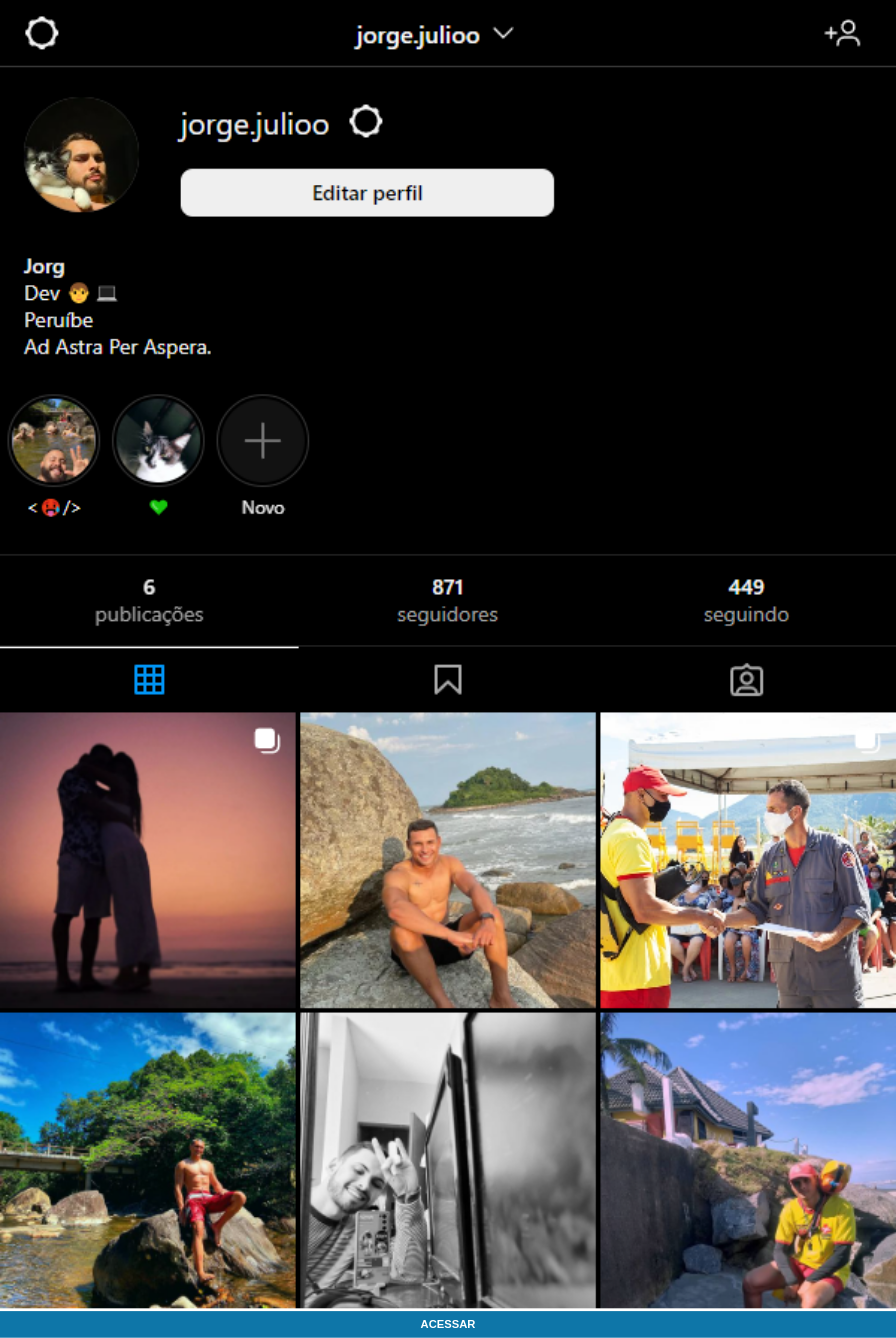
Repository: jorgprado/curso-html-css-Guanabara
Page: exec-pg-social/instagram.html
The author's editor kept a copy of each file at every save. The page is drawn from the files as they stood at one save, then again after the next save.
The browser window is 1280 px wide. The pictures show the whole page, at 70% of full size.

Above is the page before, as saved 2023-05-24 11:51:14.

### exec-pg-social/instagram.html
<!DOCTYPE html>
<html lang="en">
<head>
    <meta charset="UTF-8">
    <meta http-equiv="X-UA-Compatible" content="IE=edge">
    <meta name="viewport" content="width=device-width, initial-scale=1.0">
    <link rel="stylesheet" href="estilo/social.css">
    <title>Instagram</title>

</head>
<body>
    <img src="estilo/imagens/instagram-Jorge.jpg" alt="Linkedin">
    <a class="linke" href="https://www.linkedin.com/in/jorge-henrique-lima-8318581ab/" target="_blank">ACESSAR</a>
</body>
</html>

### exec-pg-social/estilo/social.css
*{
    margin: 0px;
    padding: 0px;
    font-family: Arial, Helvetica, sans-serif;
}

::-webkit-scrollbar{
    width: 0px;
    height: 0px;
}

img{
    width: 100vw;
}

a.linke{
    display: block;
    background-color:#0e76a8;
    color: white;
    padding: 10px;
    text-align: center;
    font-weight: bolder;
    text-decoration: none;
}

a.linke:hover{
    background-color: white;
    color: #0e76a8;
    transition: ease-in 100ms;
}

After the next save:
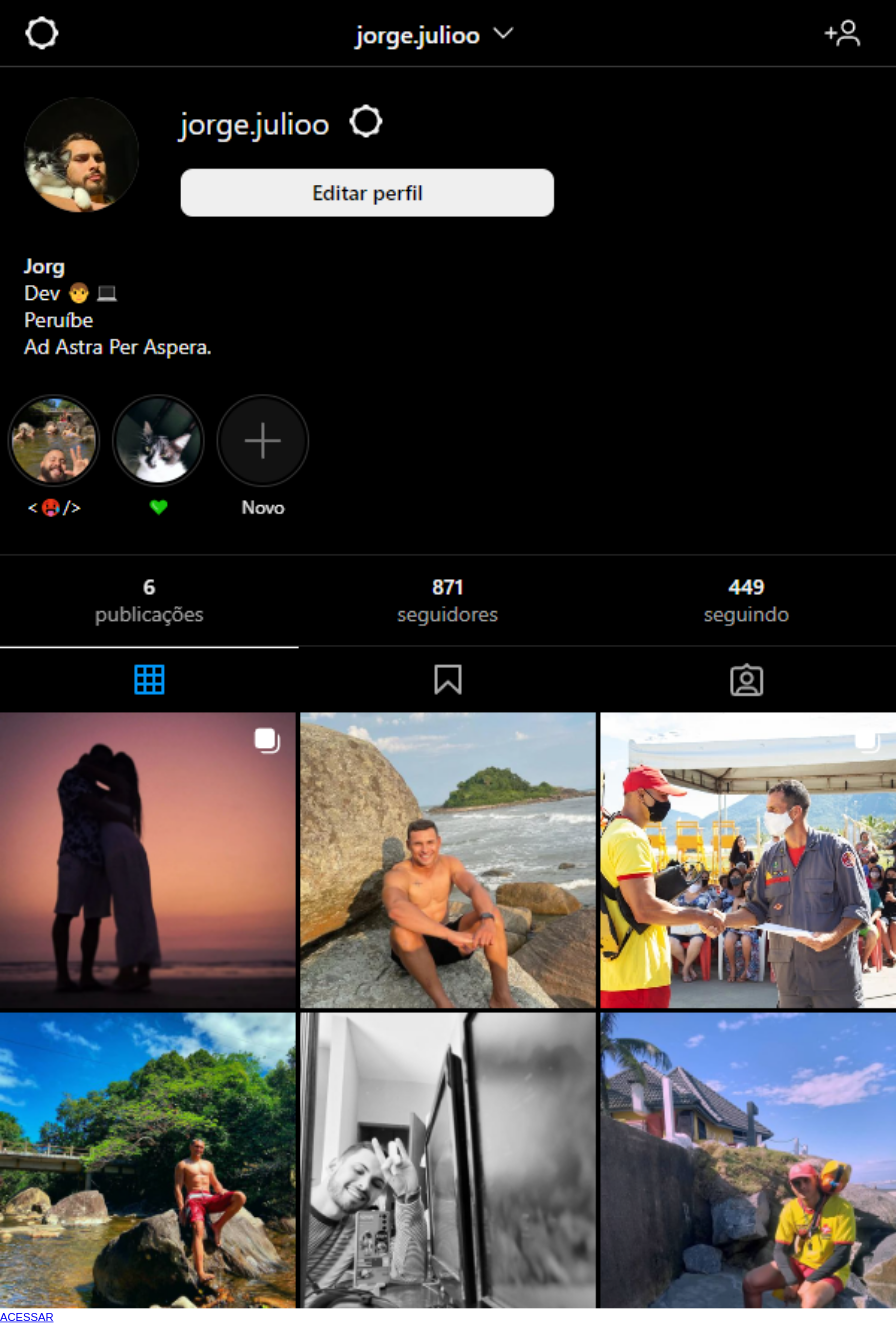
Saved 15 s later.
--- a/exec-pg-social/instagram.html
+++ b/exec-pg-social/instagram.html
@@ -10,6 +10,6 @@
 </head>
 <body>
     <img src="estilo/imagens/instagram-Jorge.jpg" alt="Linkedin">
-    <a class="linke" href="https://www.linkedin.com/in/jorge-henrique-lima-8318581ab/" target="_blank">ACESSAR</a>
+    <a class="insta" href="https://www.linkedin.com/in/jorge-henrique-lima-8318581ab/" target="_blank">ACESSAR</a>
 </body>
 </html>

After the 2 saves that followed:
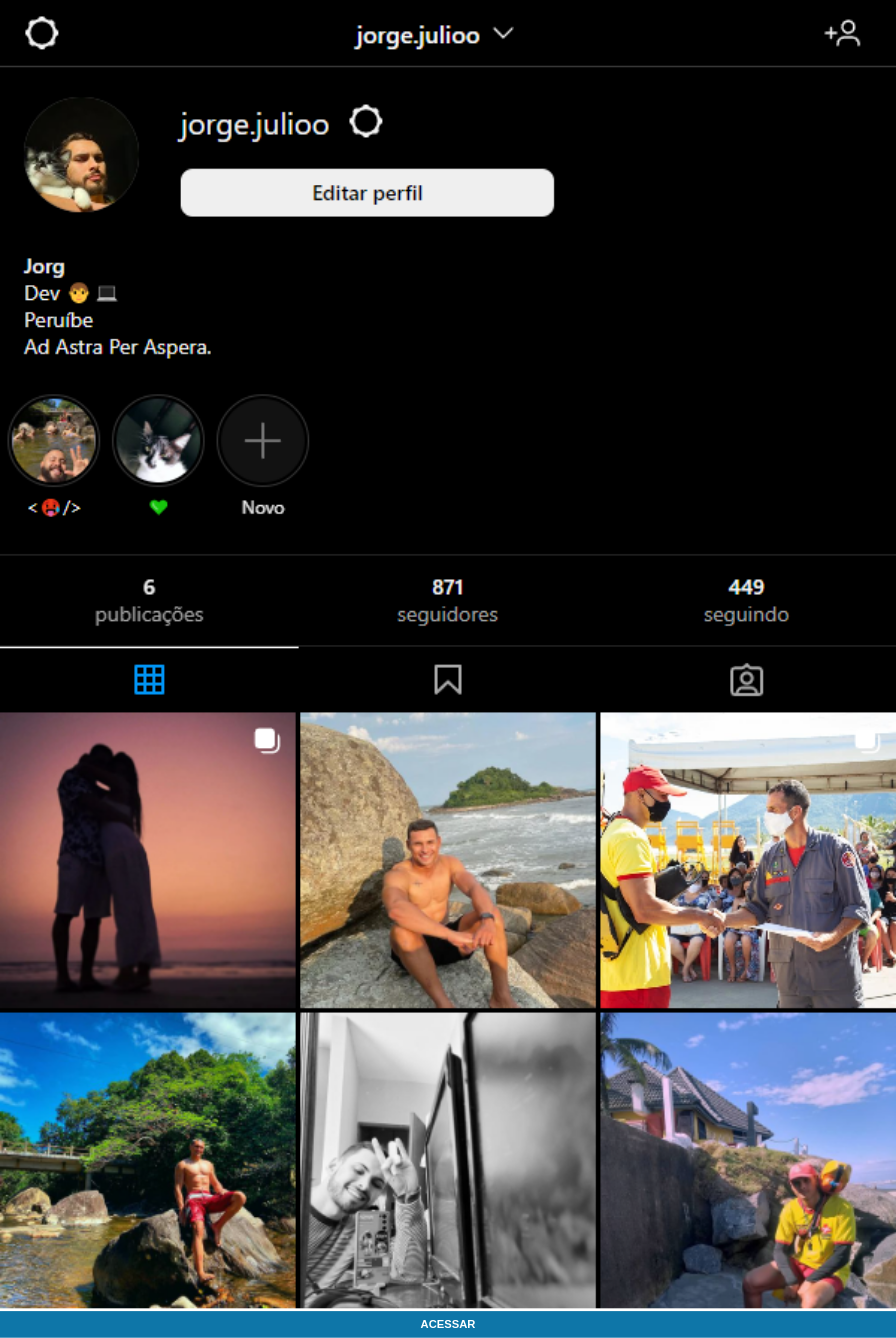
The 2 saves are shown as one change because 1 left the picture as it was.
The last was saved 29 s later.
--- a/exec-pg-social/estilo/social.css
+++ b/exec-pg-social/estilo/social.css
@@ -28,3 +28,19 @@
     color: #0e76a8;
     transition: ease-in 100ms;
 }
+
+a.insta{
+    display: block;
+    background-color:#0e76a8;
+    color: white;
+    padding: 10px;
+    text-align: center;
+    font-weight: bolder;
+    text-decoration: none;
+}
+
+a.insta:hover{
+    background-color: white;
+    color: #0e76a8;
+    transition: ease-in 100ms;
+}
